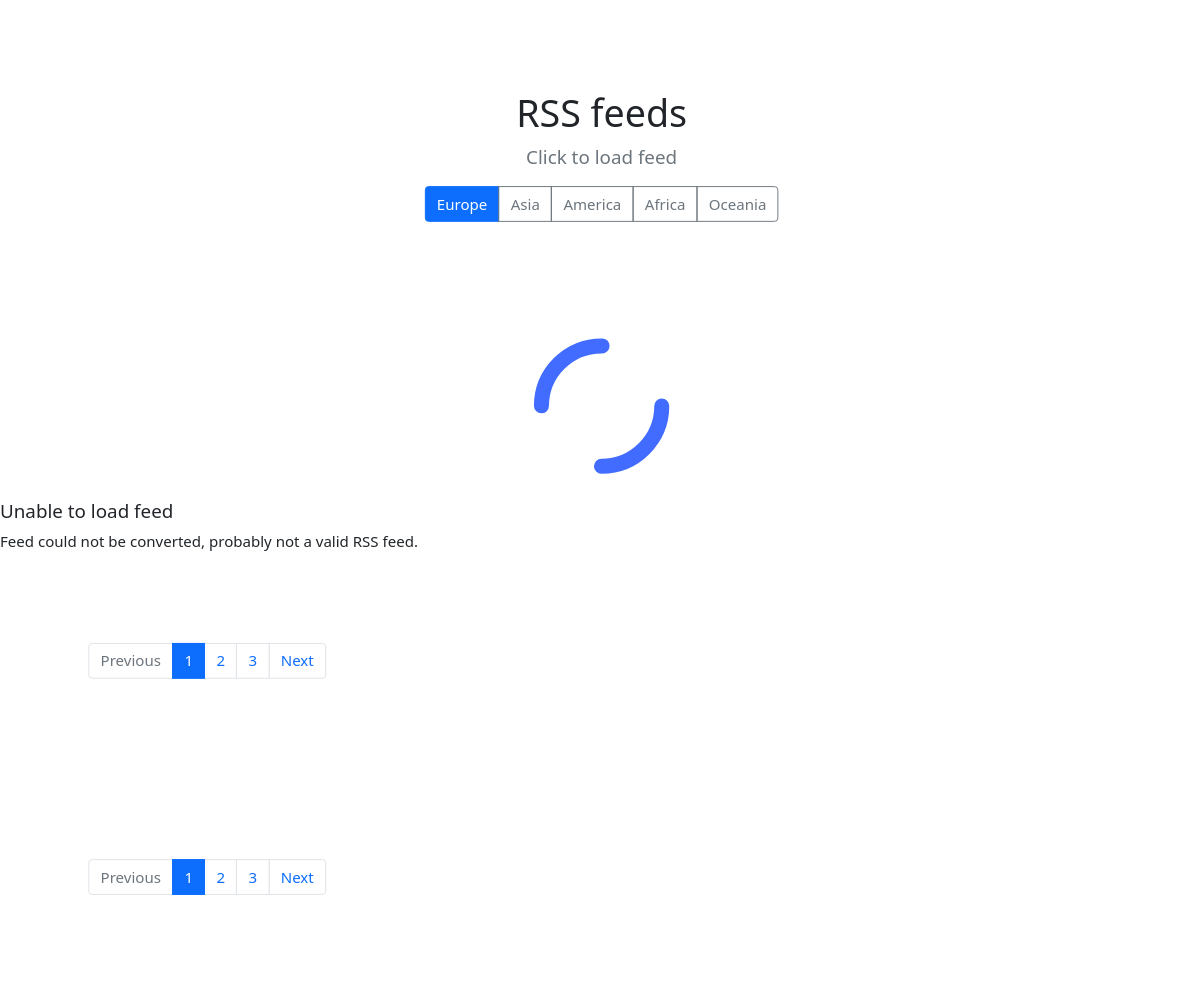
Repository: lilit1121/Templating-DOM-manipulation-and-data-processing
Page: europe.html
The author's editor kept a copy of each file at every save. The page is drawn from the files as they stood at one save, then again after a run of saves.
The browser window is 1280 px wide. The pictures show the whole page, at 94% of full size.
The page's requests for data from a server got no answer.

Above is the page before, as saved 2023-02-09 15:57:48.

After the next 2 saves:
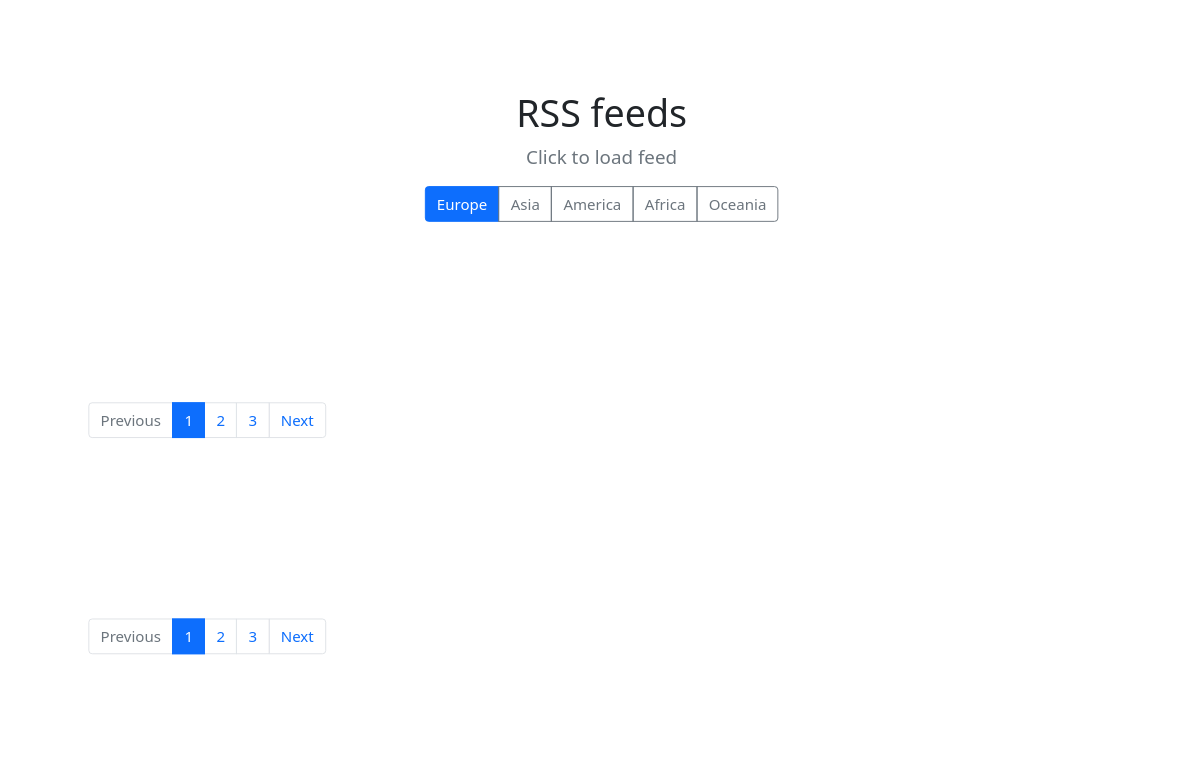
Console error: SyntaxError: missing ) after argument list
The 2 saves are shown as one change because they came seconds apart.
The last was saved 6 s later.
--- a/script.js
+++ b/script.js
@@ -76,7 +76,7 @@
     .then((data) => {
       countriesData = data.slice(0, 15);
       showCountrys(countriesData, sliceStart);
-    }).catch(error.style.display='contents')
+    }).catch(()=>(error.style.display='contents')
 
 
     loadding.style.display='none'

After the 2 saves that followed:
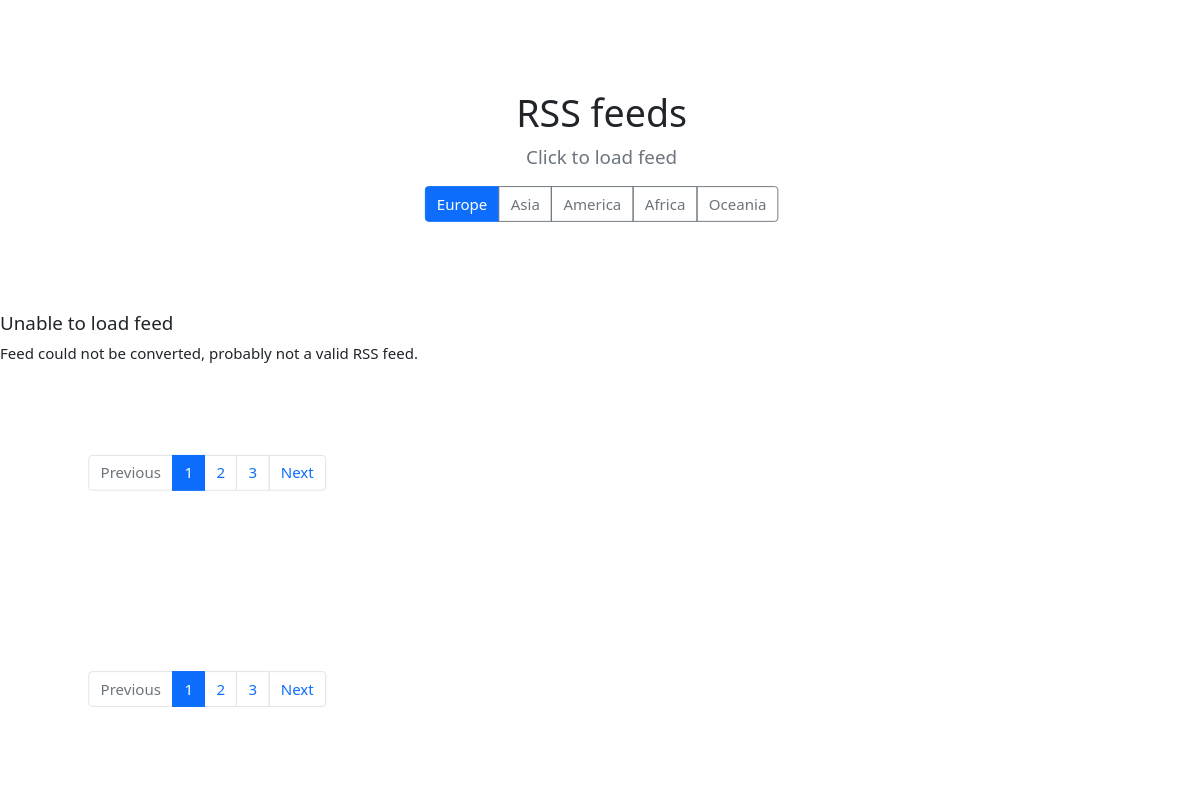
The error is gone.
The 2 saves are shown as one change because they came seconds apart.
The last was saved 6 s later.
--- a/script.js
+++ b/script.js
@@ -1,7 +1,7 @@
 const main_container = document.getElementById("main_container");
 const page_item = document.querySelectorAll(".page-item");
-const loadding = document.getElementById('loadding')
-const error = document.getElementById('error')
+const loadding = document.getElementById("loadding");
+const error = document.getElementById("error");
 let countriesData;
 let sliceStart = 0;
 let currentPage = 1;
@@ -70,14 +70,18 @@
 }
 
 (async function getCountriesDataByRegion() {
-  loadding.style.display='contents'
-  await fetch(`https://restcountries.com/v3.1/region/${window.location.pathname.slice(1).split('.')[0]}`)
+  loadding.style.display = "contents";
+  await fetch(
+    `https://restcountries.com/v3.1/region/${
+      window.location.pathname.slice(1).split(".")[0]
+    }`
+  )
     .then((res) => res.json())
     .then((data) => {
       countriesData = data.slice(0, 15);
       showCountrys(countriesData, sliceStart);
-    }).catch(()=>(error.style.display='contents')
+    })
+    .catch(() => (error.style.display = "contents"));
 
-
-    loadding.style.display='none'
+  loadding.style.display = "none";
 })();
